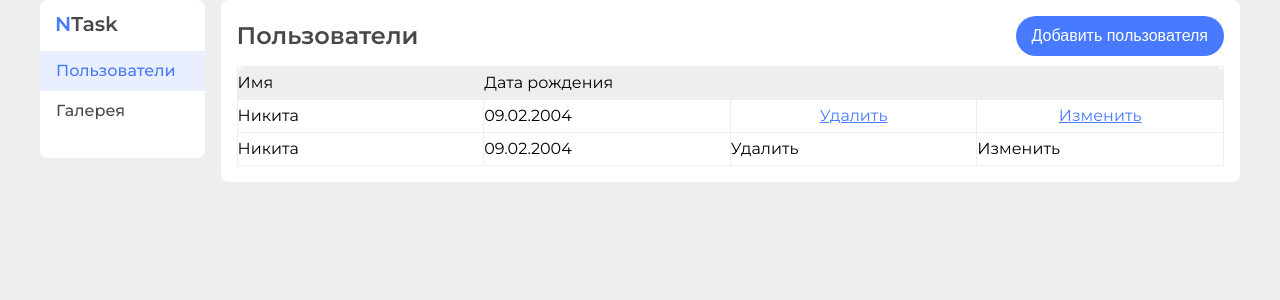
Repository: Grid-Master/NTask
Page: /
The author's editor kept a copy of each file at every save. The page is drawn from the files as they stood at one save, then again after the next save.
The browser window is 1280 px wide. The pictures show the whole page.
The project was rebuilt for these pictures with package versions that can differ from the ones it lists, and the page was loaded fresh each time.

Above is the page before, as saved 2023-06-05 11:22:56.

After the next save:
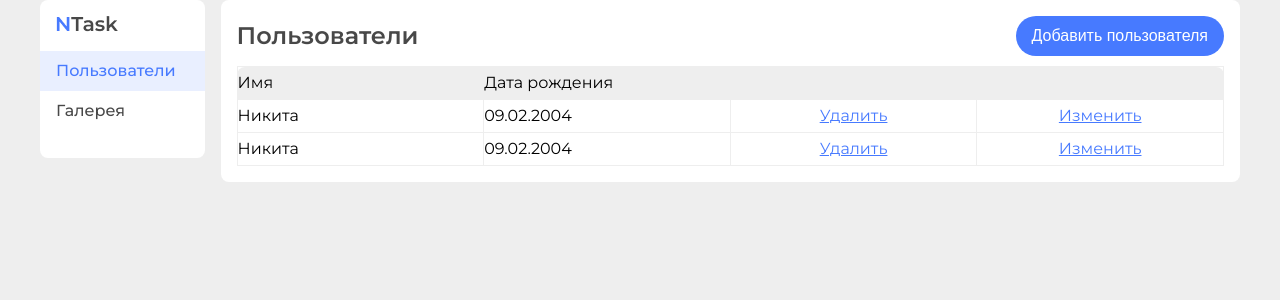
Saved 15 s later.
--- a/src/components/userList/UserList.tsx
+++ b/src/components/userList/UserList.tsx
@@ -24,8 +24,8 @@ const UserList: FC = () => {
         <tr>
           <td>Никита</td>
           <td>09.02.2004</td>
-          <td>Удалить</td>
-          <td>Изменить</td>
+          <td className="userList__table-btn">Удалить</td>
+          <td className="userList__table-btn">Изменить</td>
         </tr>
       </table>
     </div>
